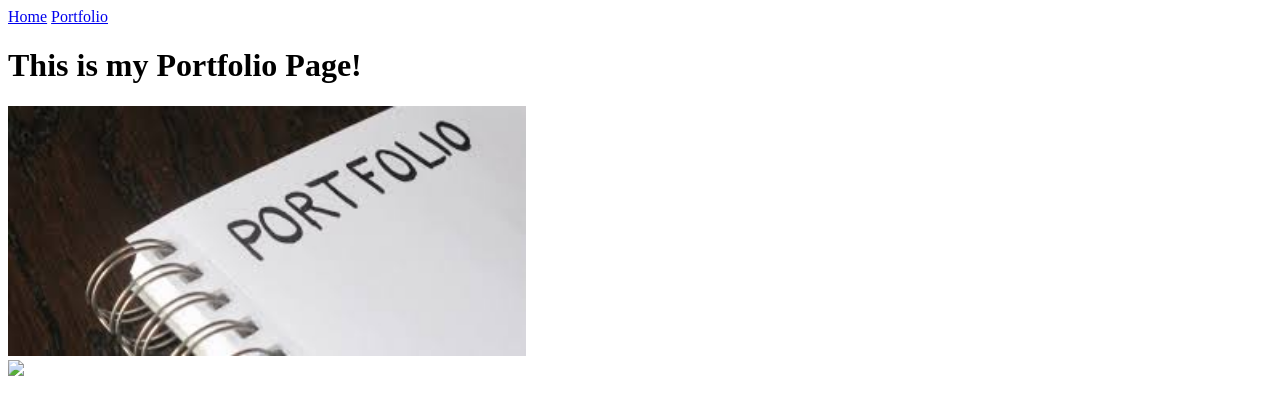
Repository: jriosjr2323/jriosjr23.github.io
Page: my_website/aboutme.html
The author's editor kept a record of every edit. The page is drawn from the files as they stood at one moment, then again after the next edit.
The browser window is 1280 px wide. The pictures show the whole page.

Above is the page before.
Not found: my_website/images/ME.png

### my_website/aboutme.html
<!doctype html>
	<html lang="en">
	  <head>
	    <meta charset="utf-8">
	    <title>Portfolio</title>
	  </head>
	  <body>
    <a href="index.html">Home</a>
    <a href="portfolio.html">Portfolio</a>
    <h1>This is my Portfolio Page!</h1>
    <img src="images/portfolio.jpg" height="250">
    <br>
    <a target="_blank" href="https://scratch.mit.edu">
      <img src="images/ME.png" height="100">
    </a>
	  </body>
	</html>

After the next edit:
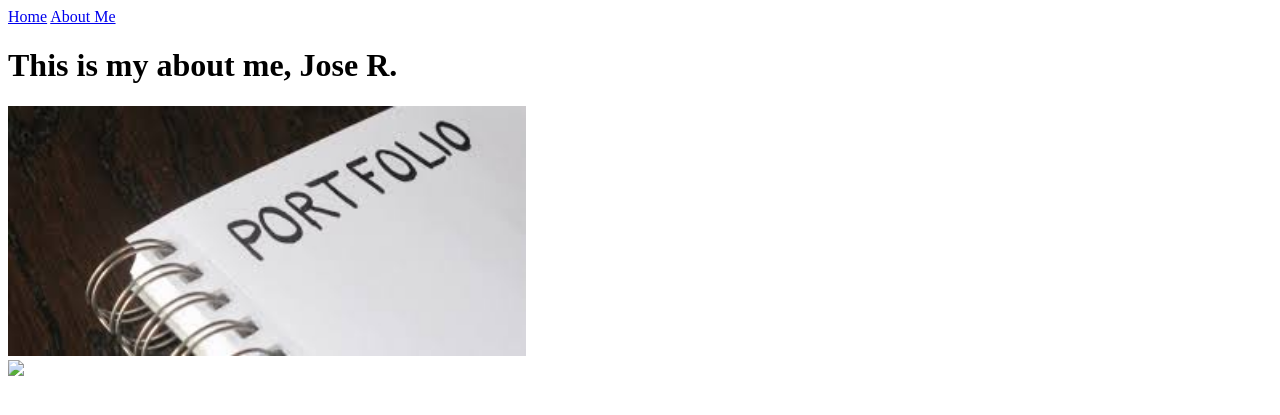
The edit:
--- a/my_website/aboutme.html
+++ b/my_website/aboutme.html
@@ -6,8 +6,8 @@
 	  </head>
 	  <body>
     <a href="index.html">Home</a>
-    <a href="portfolio.html">Portfolio</a>
-    <h1>This is my Portfolio Page!</h1>
+    <a href="portfolio.html">About Me</a>
+    <h1>This is my about me, Jose R.</h1>
     <img src="images/portfolio.jpg" height="250">
     <br>
     <a target="_blank" href="https://scratch.mit.edu">
